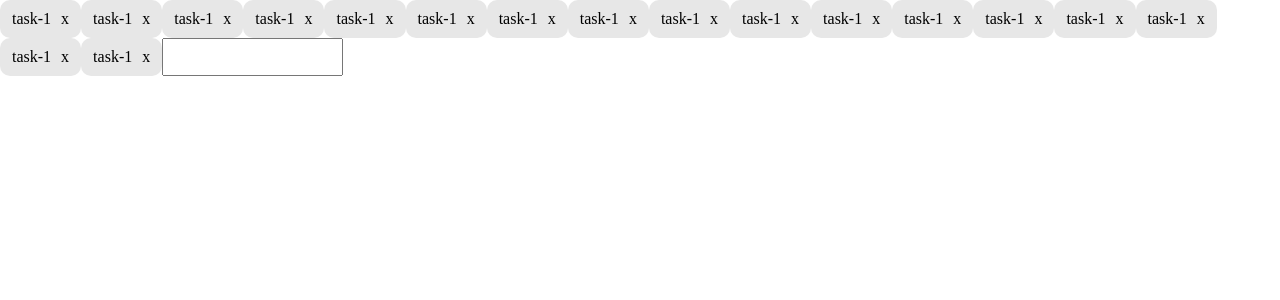
Repository: OkazakiTruong/selectOption
Page: /
These files come from the project's save history. The page is drawn as it stood at one moment and after the next save; the edit follows.
The browser window is 1280 px wide. The pictures show the whole page.
The project was rebuilt for these pictures with package versions that can differ from the ones it lists, and the page was loaded fresh each time. Also part of the build but not shown: vite.config.js.

Above is the page before, as saved 2024-01-17 20:55:58.

After the next save:
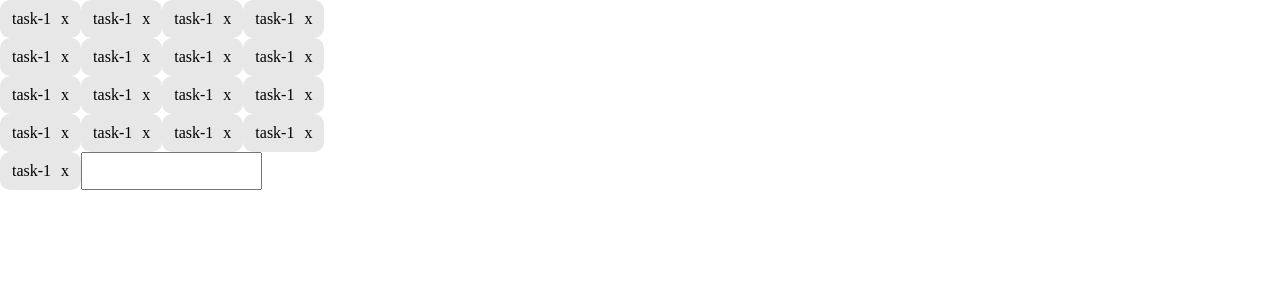
Saved 18 s later.
--- a/src/SelectBox/selectbox.css
+++ b/src/SelectBox/selectbox.css
@@ -1,6 +1,7 @@
 .select-input {
   display: flex;
   flex-wrap: wrap;
+  width: 400px;
 }
 .select-item {
   padding: 10px 12px;
